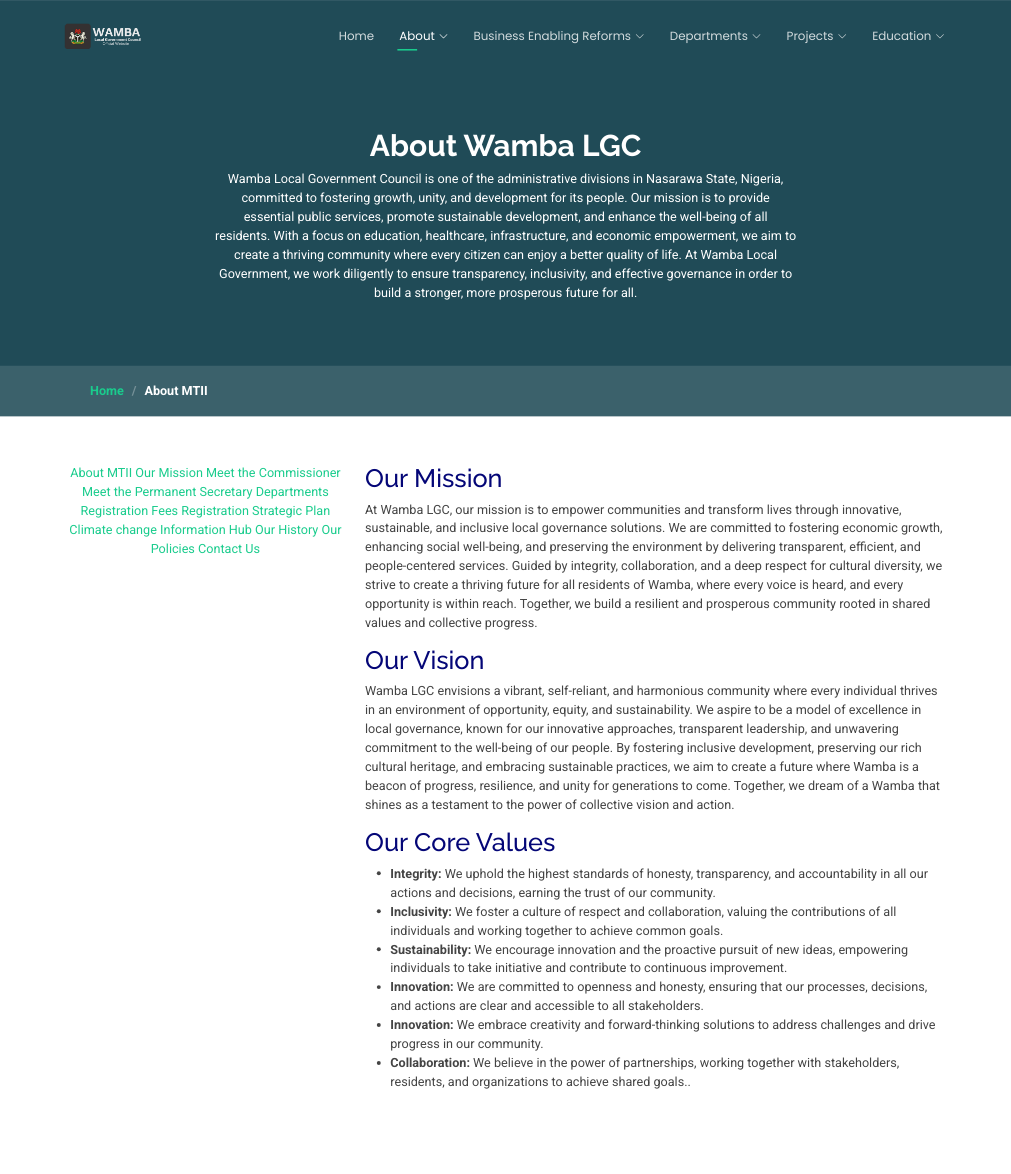
Repository: GlorifiedIntel/wamba-lgc
Page: about-wamba.html
An editor plug-in stored every save of this project. The page is shown before and after the next save, followed by the edit.
The browser window is 1280 px wide. The pictures show the part of the page from y = 0 to 1486 px (the page is 3195 px tall before and 3531 px after), at 79% of full size.
A picture or video elsewhere on the page could not be fetched, so the positions and the page height are approximate.

Above is the page before, as saved 2025-02-06 01:51:32.
Console error: TypeError: Cannot read properties of null (reading 'click')

### about-wamba.html
<!DOCTYPE html>
<html lang="en">

<head>
  <meta charset="utf-8">
  <meta http-equiv="X-UA-Compatible" content="IE=edge">
  <meta name="viewport" content="width=device-width, initial-scale=1.0">
  <meta name="format-detection" content="telephone=no">
  <meta name="apple-mobile-web-app-capable" content="yes">
  <meta name="author" content="Kevin Cross Minchakpu">
  <meta name="keywords" content="Wamba, Nasarawa, Industry, Trade, Investment, Entrepreneur">
  <meta name="description" content="Wamba Local Government Council is one of the administrative divisions within Nasarawa State, Nigeria. It is located in the northern part of the state and is predominantly inhabited by diverse ethnic groups, including Rindre, and other indigenous communities.Wamba Local Government Council is one of the administrative divisions within Nasarawa State, Nigeria. It is located in the northern part of the state and is predominantly inhabited by diverse ethnic groups, including Rindre, and other indigenous communities.">
  <title>Wamba Local Government Council</title>

  <!-- Favicons -->
  <link href="assets/img/favicon.png" rel="icon">
  <link href="assets/img/apple-touch-icon.png" rel="apple-touch-icon">

  <!-- Fonts -->
  <link href="https://fonts.googleapis.com" rel="preconnect">
  <link href="https://fonts.gstatic.com" rel="preconnect" crossorigin>
  <link href="https://fonts.googleapis.com/css2?family=Roboto:ital,wght@0,100;0,300;0,400;0,500;0,700;0,900;1,100;1,300;1,400;1,500;1,700;1,900&family=Poppins:ital,wght@0,100;0,200;0,300;0,400;0,500;0,600;0,700;0,800;0,900;1,100;1,200;1,300;1,400;1,500;1,600;1,700;1,800;1,900&family=Raleway:ital,wght@0,100;0,200;0,300;0,400;0,500;0,600;0,700;0,800;0,900;1,100;1,200;1,300;1,400;1,500;1,600;1,700;1,800;1,900&display=swap" rel="stylesheet">

  <!-- Vendor CSS Files -->
  <link href="assets/vendor/bootstrap/css/bootstrap.min.css" rel="stylesheet">
  <link href="assets/vendor/bootstrap-icons/bootstrap-icons.css" rel="stylesheet">
  <link href="assets/vendor/aos/aos.css" rel="stylesheet">
  <link href="assets/vendor/glightbox/css/glightbox.min.css" rel="stylesheet">
  <link href="assets/vendor/swiper/swiper-bundle.min.css" rel="stylesheet">

  <!-- Main CSS File -->
  <link href="assets/css/main.css" rel="stylesheet">
</head>

<body class="index-page">
  <header id="header" class="header d-flex align-items-center fixed-top dark-background">
    <div class="container-fluid container-xl position-relative d-flex align-items-center justify-content-between">
      <a href="index.html" class="logo d-flex align-items-center">
        <img src="assets/img/wamba-logo.png" alt="Wamba Logo" >
      </a>
      <nav id="navmenu" class="navmenu">
        <ul>
          <li><a href="index.html">Home</a></li>
          <li class="dropdown"><a href="about-mtii.html" class="active"><span>About</span> <i class="bi bi-chevron-down toggle-dropdown"></i></a>
            <ul>
              <li><a href="about-wamba.html">Wamba LGC</a></li>
                  <li><a href="wamba-history.html">Wamba History</a></li>
                  <li><a href="the-chairman.html" >The Executive Chairman</a></li>
                  <li><a href="the-deputy.html" >The Deputy Chairman</a></li>
                  <li><a href="the-secretary.html" >The Secretary</a></li>
                  <li><a href="directors.html" >Our Legislators</a></li>
                  <li><a href="contact-us.html" >Our Contact</a></li>
            </ul>
          </li>

          <li class="dropdown"><a href="#"><span>Business Enabling Reforms</span> <i class="bi bi-chevron-down toggle-dropdown"></i></a>
            <ul>
              <li><a href="business-plans.html">Business Enabling Action Plan</a></li>
                  <li><a href="grievance.html">Grievance Redress Mechanism</a></li>
                  <li><a href="application-guidelines.html" >Application Guidelines</a></li>
                  <li><a href="legal-framework.html" >Legal Framework</a></li>
                  <li><a href="investment-opportunities.html" >Investment Opportunities</a></li>
              </ul>
          </li>

          <li class="dropdown"><a href="departments.html"><span>Departments</span> <i class="bi bi-chevron-down toggle-dropdown"></i></a>
            <ul>
              <li><a href="admin.html">Administration</a></li>
              <li><a href="agriculture.html">Agriculture</a></li>
              <li><a href="education.html">Education</a></li>
              <li><a href="environment.html">Environmental</a></li>
              <li><a href="finance.html">Finance and Accounts</a></li>
              <li><a href="health.html">Health</a></li>
              <li><a href="all-departments.html">More Departments</a></li>
            </ul>
          </li>

          <li class="dropdown"><a href="projects.html"><span>Projects</span> <i class="bi bi-chevron-down toggle-dropdown"></i></a>
            <ul>
              <li><a href="completed.html">Completed Projects</a></li>
                  <li><a href="ongoing.html">Ongoing Projects</a></li>
                  <li><a href="proposed.html" >Proposed Projects</a></li>
            </ul>
          </li>

          <li class="dropdown"><a href="registration.html"><span>Education</span> <i class="bi bi-chevron-down toggle-dropdown"></i></a>
            <ul>
              <li><a href="ubec.html">UBEC</a></li>
                  <li><a href="secondary-schools.html">Secondary Schools</a></li>
                  <li><a href="private-schools.html" >Private Schools</a></li>
                  <li><a href="relevant-tech.html" >Relevant Technology</a></li>
                  <li><a href="faqs.html" >FAQs</a></li>
            </ul>
          </li>
        </ul>
        <i class="mobile-nav-toggle d-xl-none bi bi-list"></i>
      </nav>

    </div>
  </header>

  <!-- Main Start -->
  <main class="main">
    <!-- Page Title -->
    <div class="page-title dark-background" data-aos="fade">
      <div class="heading">
        <div class="container">
          <div class="row d-flex justify-content-center text-center">
            <div class="col-lg-8">
              <h1>About Wamba LGC</h1>
              <p class="mb-0">Wamba Local Government Council is one of the administrative divisions in Nasarawa State, Nigeria, committed to fostering growth, unity, and development for its people. Our mission is to provide essential public services, promote sustainable development, and enhance the well-being of all residents. With a focus on education, healthcare, infrastructure, and economic empowerment, we aim to create a thriving community where every citizen can enjoy a better quality of life. At Wamba Local Government, we work diligently to ensure transparency, inclusivity, and effective governance in order to build a stronger, more prosperous future for all.</p>
            </div>
          </div>
        </div>
      </div>
      <nav class="breadcrumbs">
        <div class="container">
          <ol>
            <li><a href="index.html">Home</a></li>
            <li class="current">About MTII</li>
          </ol>
        </div>
      </nav>
    </div><!-- End Page Title -->
    </section><!-- Section End -->
    <!-- Section Begin -->
<section id="starter-section" class="starter-section section">
  <div class="container text-center">
    <div class="row justify-content-start">
      <div class="col-md-4 left-column">
        <div class="mtii-vertical-menu">
          <a href="about-mtii.html" class="active">About MTII</a>
          <a href="about-mtii.html">Our Mission</a>
          <a href="the-commissioner.html">Meet the Commissioner</a>
          <a href="the-secretary.html">Meet the Permanent Secretary</a>
          <a href="departments.html">Departments</a>
          <a href="registration-fee.html">Registration Fees</a>
          <a href="online-registration.html">Registration</a>
          <a href="strategic-plans.html">Strategic Plan</a>
          <a href="climate-change.html">Climate change Information Hub</a>
          <a href="our-history.html">Our History</a>
          <a href="our-policies.html">Our Policies</a>
          <a href="contact-us.html">Contact Us</a>
        </div>
      </div>
      <div class="col-md-8 right-column text-start">
        <h2>Our Mission</h2>
    <p>At Wamba LGC, our mission is to empower communities and transform lives through innovative, sustainable, and inclusive local governance solutions. We are committed to fostering economic growth, enhancing social well-being, and preserving the environment by delivering transparent, efficient, and people-centered services. Guided by integrity, collaboration, and a deep respect for cultural diversity, we strive to create a thriving future for all residents of Wamba, where every voice is heard, and every opportunity is within reach. Together, we build a resilient and prosperous community rooted in shared values and collective progress.</p>

    <h2>Our Vision</h2>
    <p>Wamba LGC envisions a vibrant, self-reliant, and harmonious community where every individual thrives in an environment of opportunity, equity, and sustainability. We aspire to be a model of excellence in local governance, known for our innovative approaches, transparent leadership, and unwavering commitment to the well-being of our people. By fostering inclusive development, preserving our rich cultural heritage, and embracing sustainable practices, we aim to create a future where Wamba is a beacon of progress, resilience, and unity for generations to come. Together, we dream of a Wamba that shines as a testament to the power of collective vision and action.</p>

    <h2>Our Core Values</h2>
    <ul>
        <li><strong>Integrity:</strong> We uphold the highest standards of honesty, transparency, and accountability in all our actions and decisions, earning the trust of our community.        </li>
        <li><strong>Inclusivity:</strong> We foster a culture of respect and collaboration, valuing the contributions of all individuals and working together to achieve common goals.</li>
        <li><strong>Sustainability:</strong> We encourage innovation and the proactive pursuit of new ideas, empowering individuals to take initiative and contribute to continuous improvement.</li>
        <li><strong>Innovation:</strong> We are committed to openness and honesty, ensuring that our processes, decisions, and actions are clear and accessible to all stakeholders.</li>
        <li><strong>Innovation:</strong> We embrace creativity and forward-thinking solutions to address challenges and drive progress in our community.</li>
        <li><strong>Collaboration:</strong> We believe in the power of partnerships, working together with stakeholders, residents, and organizations to achieve shared goals..</li>
    </ul>
</div>
</section><!-- /Section end -->
</main>
<!--Main End-->
    <section class="py-5">
      <div class="container">
        <div class="row gx-4 align-items-center">
          <div class="col-md-6 order-2 order-lg-1">
            <div class="me-md-2 me-lg-5 text-center mt-5 mt-md-0">
              <span class="text-muted">Our Goals</span>
              <h2 class="display-5 fw-bold">Our Strategic Goals</h2>
              <p class="elhanan">Business innovation, equity, and resilience are the core principles that guide the efforts of the Nasarawa State Ministry of Trade, Industry, and Investment. These principles are fundamental to our primary objective of enhancing Nasarawa State’s competitiveness in the global economy. The Ministry is committed to a singular, overarching goal: to improve Nasarawa’s economic competitiveness both locally and globally. Each of the Ministry's strategic goals is designed to advance this mission and support the achievement of this critical objective.</p>
            </div>
          </div>
          <div class="col-md-6 order-1 order-lg-2">
            <div class="ms-md-2 ms-lg-5"><img class="img-fluid rounded-3" src="./assets/img/market.jpg"></div>
          </div>
        </div>
      </div>
    </section>
    <section class="jane">
      <div class="row justify-content-center">
        <div class="col-md-8">
          <h4 class="display-6 fw-bold">Our Strategic Objectives</h4>
          <ol class="list-group list-group-numbered">
            <li class="list-group-item">Improve and Drive Nasarawa State's Agriculture, Innovation and Global Competitiveness</li>
            <li class="list-group-item">Promotes Inclusive Equitable Economic Growth</li>
            <li class="list-group-item">Help Local Farmers address the Climate Crisis Through Mitigation, Adaptation, and Resilience Efforts</li>
            <li class="list-group-item">Use Data to Expand Opportunity and Discovery within the State</li>
            <li class="list-group-item">Provide 21st Century Service with 21st Century Capabilities and Innovations</li>
          </ol>
        </div>
        <div class="col-md-4">
          <p class="elhanan fw-bold">More about MTII</p>
          <ul class="nana">
            <li><a href="leadership.html">MTII Leadership</a></li>
            <li><a href="the-commissioner.html">Office of the Honourable Commissioner</a></li>
            <li><a href="the-secretary.html">Office of the Permanent Secretary</a></li>
          </ul>

          <p class="elhanan fw-bold">Portals and Partners</p>
          <ul class="nana">
            <li><a href="#">Nasarawa Central Billing System</a></li>
            <li><a href="https://nasarawaigr.com/">Nasarawa Inland Revenue Service</a></li>
            <li><a href="https://www.firs.gov.ng/">Federal Inland Revenue Service</a></li>
            <li><a href="http://nid.fmiti.gov.ng/">Federal Ministry of Industry Trade and Investment</a></li>
            <li><a href="https://www.cac.gov.ng/">Corporate Affairs Commission</a></li>
            <li><a href="https://www.worldbank.org/ext/en/home">The World Bank</a></li>
          </ul>
      </div>
      </div>
    </section>

    <section>
      <div class="container text-center">
        <div class="row align-items-start">
          <h2 class="display-6">Quick Links</h2>
          <div class="col text-start quick-links">
            <ul>
              <li><a href="about-mtii.html">About Us</a></li>
              <li><a href="about-mtii.html">Our Mission</a></li>
              <li><a href="the-commissioner.html">Meet the Commissioner</a></li>
              <li><a href="the-secretary.html">Meet the Permanent Secretary</a></li>
              <li><a href="departments.html">Departments</a></li>
              <li><a href="strategic-plans.html">Strategic Plan</a></li>
              <li><a href="climate-change.html">Covid-19 Information Hub</a></li>
              <li><a href="our-history.html">Our History</a></li>
              <li><a href="our-policies.html">Our Policies</a></li>
              <li><a href="contact-us.html">Contact Us</a></li>
            </ul>
          </div>
          <div class="col text-start quick-links">
            <ul>
              <li><a href="howtoregister.html">How to Register</a></li>
              <li><a href="online-registration.html">Register</a></li>
              <li><a href="business-name.html">Register Business Name</a></li>
              <li><a href="business-premises.html">Register Business Premises</a></li>
              <li><a href="cooperative.html">Register Cooperative</a></li>
              <li><a href="cooperative.html">Register NGO/CBO</a></li>
              <li><a href="cooperative.html">Register FBO</a></li>
              <li><a href="investment.html">Haulage</a></li>
              <li><a href="investment.html">NAS Spring Waters</a></li>
            </ul>
           </div>
          <div class="col text-start quick-links">
            <ul>
              <li><a href="business-reforms.html">Business Enabling Reforms</a></li>
              <li><a href="grievance.html">Grievance Redress Mechanism</a></li>
              <li><a href="application-guidelines.html">Application Guidelines</a></li>
              <li><a href="legal-framework.html">Legal Framework</a></li>
              <li><a href="investment-opportunities.html">Investment Opportunities</a></li>
              <li><a href="completed.html">Completed Projects</a></li>
              <li><a href="ongoing.html">Ongoing Projects</a></li>
              <li><a href="proposed.html">Proposed Projects</a></li>
            </ul>
          </div>
        </div>
      </div>
    </section>
  </main>

  <!--Main End-->

<!--Footer Start-->
<footer id="footer" class="footer dark-background">

  <div class="container footer-top">
    <div class="row gy-4">
      <div class="col-lg-4 col-md-6 footer-about">
        <a href="index.html" class="logo d-flex align-items-center">
          <span class="sitename">Nasarawa MTII</span>
        </a>
        <div class="footer-contact pt-3">
          <p>Beside St. Williams Catholic Church,</p>
          <p>Jos Road,</p>
          <p>Lafia, Nasarawa State 535022</p>
          <p class="mt-3"><strong>Phone:</strong> <span>+234 5589 55488 55</span></p>
          <p><strong>Email:</strong> <span>info@mtiinasarawa.com.ng</span></p>
        </div>
        <div class="social-links d-flex mt-4">
          <a href=""><i class="bi bi-twitter-x"></i></a>
          <a href=""><i class="bi bi-facebook"></i></a>
          <a href=""><i class="bi bi-instagram"></i></a>
          <a href=""><i class="bi bi-linkedin"></i></a>
        </div>
      </div>

      <div class="col-lg-2 col-md-3 footer-links">
        <h4>Useful Links</h4>
        <ul>
          <li><a href="index.html">Home</a></li>
          <li><a href="about-mtii.html">About us</a></li>
          <li><a href="services.html">Services</a></li>
          <li><a href="terms-of-use.html">Terms of service</a></li>
          <li><a href="privacy-policy.html">Privacy policy</a></li>
        </ul>
      </div>

      <div class="col-lg-2 col-md-3 footer-links">
        <h4>Our Services</h4>
        <ul>
          <li><a href="business-premises.html">Business Premises Registration</a></li>
          <li><a href="ngo-cbo-registration.html">NGOs/CBOs Registration</a></li>
          <li><a href="fbo-registration.html">FBOS Registration</a></li>
          <li><a href="cooperative-registration.html">Co-operative Society Registration</a></li>
          <li><a href="rent.html">Rent/Leasing/Haulage</a></li>
        </ul>
      </div>

      <div class="col-lg-4 col-md-12 footer-newsletter">
        <h4>Our Newsletter</h4>
        <p>Subscribe to our newsletter and receive the latest news about our services!</p>
        <form action="forms/newsletter.php" method="post" class="php-email-form">
          <div class="newsletter-form"><input type="email" name="email"><input type="submit" value="Subscribe"></div>
          <div class="loading">Loading</div>
          <div class="error-message"></div>
          <div class="sent-message">Your subscription request has been sent. Thank you!</div>
        </form>
      </div>

    </div>
  </div>

  <div class="container-fluid copyright text-center mt-4 bg-dark">
    <p>© <span>Copyright</span> <strong class="px-1 sitename">Nasarawa State MTII</strong> <span>All Rights Reserved</span></p>
    <div class="credits">
      Designed & Developed by <a href="https://kevinomics.com/">Kevin Cross Minchakpu</a> Powered By <a href="https://octatesystems.com">Octate Systems</a>
    </div>
  </div>

</footer>

<!-- Scroll Top -->

<button id="scroll-top" class="scroll-top d-flex bg-dark align-items-center justify-content-center"><i class="bi bi-arrow-up-short"></i></button>
<!-- Preloader -->
<div id="preloader"></div>

<!-- Vendor JS Files -->
<script src="assets/vendor/bootstrap/js/bootstrap.bundle.min.js"></script>
<script src="assets/vendor/php-email-form/validate.js"></script>
<script src="assets/vendor/aos/aos.js"></script>
<script src="assets/vendor/glightbox/js/glightbox.min.js"></script>
<script src="assets/vendor/purecounter/purecounter_vanilla.js"></script>
<script src="assets/vendor/swiper/swiper-bundle.min.js"></script>

<!-- Main JS File -->
<script src="assets/js/main.js"></script>
<script src="assets/js/reforms.js"></script>

</body>

</html>

Loaded but not shown: assets/vendor/bootstrap/css/bootstrap.min.css (library); assets/vendor/bootstrap-icons/bootstrap-icons.css (library); assets/vendor/aos/aos.css (library); assets/vendor/glightbox/css/glightbox.min.css (library); assets/vendor/swiper/swiper-bundle.min.css (library); assets/vendor/bootstrap/js/bootstrap.bundle.min.js (library); assets/vendor/php-email-form/validate.js (common file); assets/vendor/aos/aos.js (library); assets/vendor/glightbox/js/glightbox.min.js (library); assets/vendor/purecounter/purecounter_vanilla.js (library); assets/vendor/swiper/swiper-bundle.min.js (library); assets/js/main.js (181 lines, source omitted); assets/js/reforms.js (43 lines, source omitted); assets/css/main.css (1741 lines, source omitted)

After the next save:
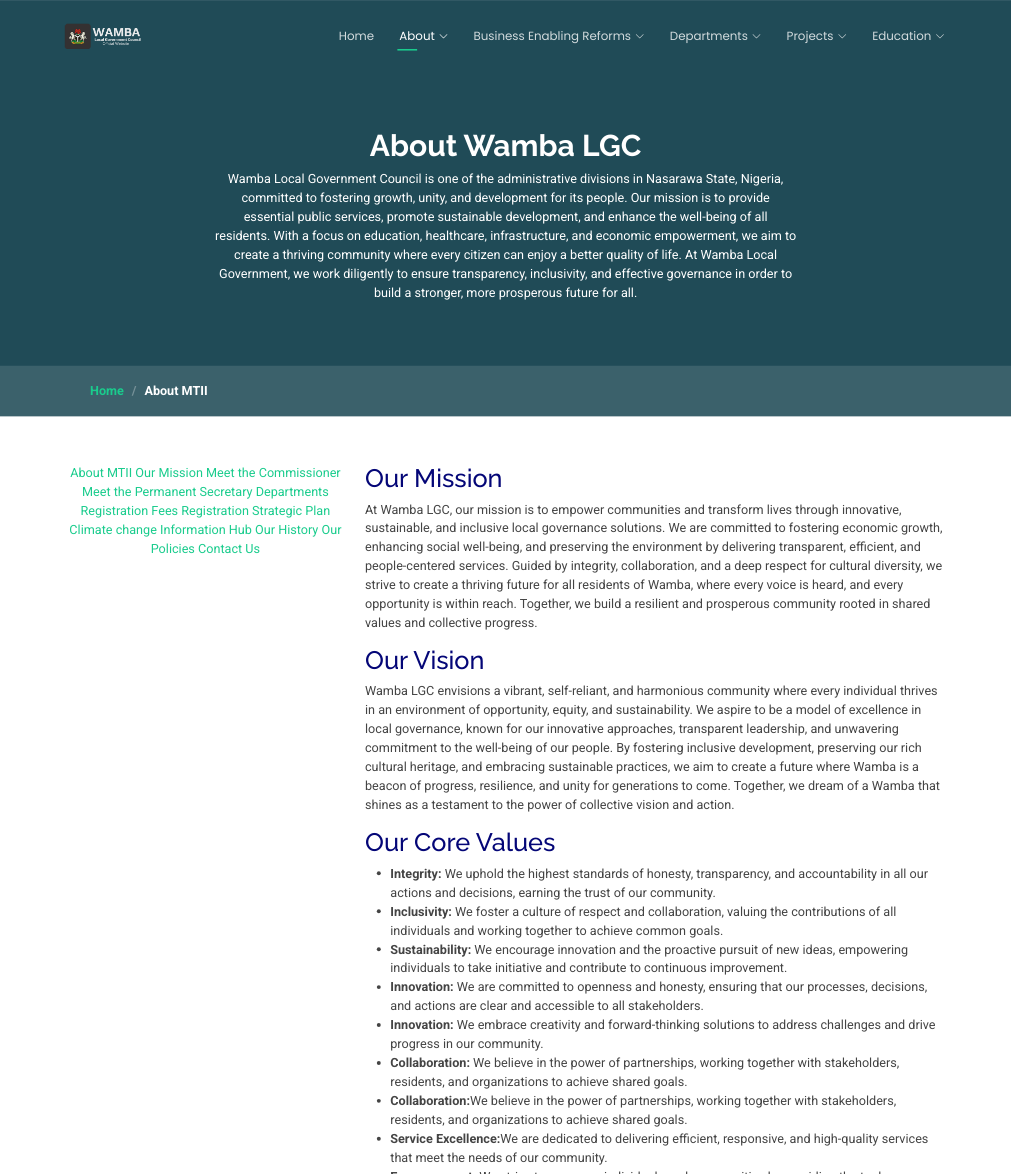
Saved 7 min 37 s later.
--- a/about-wamba.html
+++ b/about-wamba.html
@@ -157,7 +157,14 @@
         <li><strong>Sustainability:</strong> We encourage innovation and the proactive pursuit of new ideas, empowering individuals to take initiative and contribute to continuous improvement.</li>
         <li><strong>Innovation:</strong> We are committed to openness and honesty, ensuring that our processes, decisions, and actions are clear and accessible to all stakeholders.</li>
         <li><strong>Innovation:</strong> We embrace creativity and forward-thinking solutions to address challenges and drive progress in our community.</li>
-        <li><strong>Collaboration:</strong> We believe in the power of partnerships, working together with stakeholders, residents, and organizations to achieve shared goals..</li>
+        <li><strong>Collaboration:</strong> We believe in the power of partnerships, working together with stakeholders, residents, and organizations to achieve shared goals.</li>
+        <li><strong>Collaboration:</strong>We believe in the power of partnerships, working together with stakeholders, residents, and organizations to achieve shared goals.</li>
+          <li><strong>Service Excellence:</strong>We are dedicated to delivering efficient, responsive, and high-quality services that meet the needs of our community.</li>
+          <li><strong>Empowerment:</strong> We strive to empower individuals and communities by providing the tools, resources, and opportunities needed to thrive. </li>
+          <li><strong>Respect:</strong> We treat everyone with dignity, valuing their contributions and honoring our cultural heritage and traditions.</li>
+          <li><strong>Resilience:</strong> We remain steadfast in the face of challenges, adapting and growing stronger to build a sustainable and prosperous future. </li>
+          <li><strong>Community-Centered:</strong> We prioritize the needs and aspirations of our people, ensuring that every decision and action reflects their best interests.</li>
+          <p>These core values guide our actions, shape our culture, and inspire us to serve Wamba with passion and purpose.</p>
     </ul>
 </div>
 </section><!-- /Section end -->
